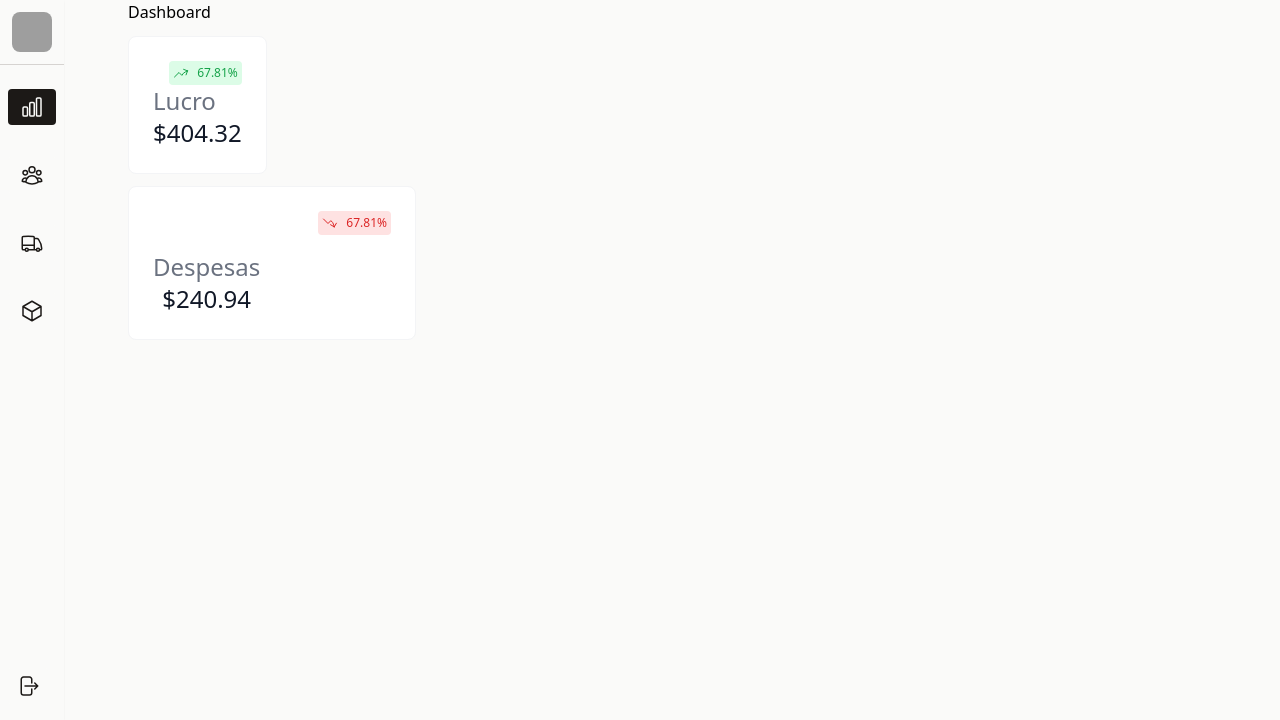
Repository: XavierOtavio/Cuzinhas
Page: /dashboard
An editor plug-in stored every save of this project. The page is shown before and after the next save, followed by the edit.
The browser window is 1280 px wide. The pictures show the whole page.
Pictures or frames that could not be fetched are drawn as grey boxes. The project was rebuilt for these pictures with package versions that can differ from the ones it lists, and the page was loaded fresh each time. Also part of the build but not shown: src/components/Orders.js, src/components/Employees.js, src/components/Login.js, src/components/Register.js, src/components/Home.js, src/components/Logotipo.js, src/components/Header.js, src/components/Footer.js and 1 more.

Above is the page before, as saved 2023-03-08 18:26:58.

### src/App.js
import { Route, Routes } from "react-router-dom";
import LayoutBackend from "./components/LayoutBackend";
import Dashboard from "./components/Dashboard";
import Orders from "./components/Orders";
import Employees from "./components/Employees";
import Login from "./components/Login";
import Register from "./components/Register";
import Home from "./components/Home";
import LayoutFront from "./components/LayoutFront";

function App() {
  return (
    <div className="App">
      <Routes>
        <Route path="/dashboard" element={<LayoutBackend />}>
          <Route path="" element={<Dashboard />} />
          <Route path="orders" element={<Orders />} />
          <Route path="employees" element={<Employees />} />
        </Route>
        <Route path="" element={<LayoutFront />}>
          <Route path="/" element={<Home />} />
        </Route>
        <Route path="/login" element={<Login />} />
        <Route path="/register" element={<Register />} />
      </Routes>
    </div>
  );
}

export default App;

### src/components/LayoutBackend.js
import React from "react";
import SideBar from "./SideBar";
import { Outlet } from "react-router-dom";

export default function LayoutBackend() {
  return (
    <>
      <div className="absolute h-screen w-screen">
        <SideBar />
        <div className="relative flex h-full items-center justify-center bg-stone-50">
          <Outlet />
        </div>
      </div>
    </>
  );
}

### src/components/Dashboard.js
import React from "react";
import {
  ArrowTrendingUpIcon,
  ArrowTrendingDownIcon,
} from "@heroicons/react/24/outline";

export default function Dashboard() {
  return (
    <div className="absolute top-0 left-0 right-0 ml-32">
      <h2 classname="w-full">Dashboard</h2>
      <div classname="grid grid-cols-12 grid-rows-2">
        <div classname="row-start-1 row-end-2 col-start-1 col-end-5 bg-red-600">
          <button class="flex flex-col rounded-lg border border-gray-100 bg-white p-6 my-3">
            <div class="inline-flex gap-2 self-end rounded bg-green-100 p-1 text-green-600">
              <ArrowTrendingUpIcon className="h-4 w-4" />
              <span class="text-xs font-medium"> 67.81% </span>
            </div>
            <div>
              <h1 class="block text-left text-2xl font-medium text-gray-500">
                Lucro
              </h1>
              <p>
                <span class="text-2xl font-medium text-gray-900">
                  {" "}
                  $404.32{" "}
                </span>
              </p>
            </div>
          </button>
        </div>

        <button class="flex flex-col gap-4 rounded-lg border border-gray-100 bg-white p-6 w-3/12 my-3">
          <div class="inline-flex gap-2 self-end rounded bg-red-100 p-1 text-red-600">
            <ArrowTrendingDownIcon className="h-4 w-4" />

            <span class="text-xs font-medium"> 67.81% </span>
          </div>

          <div>
            <strong class="block text-left text-2xl font-medium text-gray-500">
              Despesas
            </strong>

            <p>
              <span class="text-2xl font-medium text-gray-900"> $240.94 </span>
            </p>
          </div>
        </button>
      </div>
    </div>
  );
}

### src/components/SideBar.js
import React from "react";
import { Link, useLocation } from "react-router-dom";
import {
  ArrowRightOnRectangleIcon,
  ChartBarIcon,
  CubeIcon,
  TruckIcon,
  UserGroupIcon,
} from "@heroicons/react/24/outline";

export default function SideBar() {
  const location = useLocation();
  return (
    <div className="absolute inset-y-0 left-0 z-10 w-16 shadow-sm bg-stone-50">
      <div>
        <div className="inline-flex h-16 w-16 items-center justify-center">
          <Link
            to="/profile"
            className="group relative flex justify-center rounded"
          >
            <img
              alt="user"
              className="rounded-lg h-10 w-10"
              src="https://cdn.discordapp.com/attachments/1082425024104894666/1082799435727253584/xSVMV6xD9Cf7K56wjeEF--1--2htnr.jpg"
            />
            <span className="absolute left-full text-left whitespace-nowrap top-1/2 ml-4 -translate-y-1/2 rounded bg-stone-900 px-2 py-1.5 text-xs font-medium text-stone-50 opacity-0 group-hover:opacity-100">
              Perfil <p className="font-light">Xavier Otávio</p>
            </span>
          </Link>
        </div>
        <div className="border-t border-stone-300">
          <nav aria-label="Main" className="flex flex-col p-2">
            <div className="py-4">
              <Link
                to="/dashboard"
                className={`group relative flex  justify-center rounded  px-2 py-1.5  ${
                  location.pathname === "/dashboard"
                    ? "bg-stone-900 text-stone-50"
                    : "bg-stone-50 text-stone-900"
                }`}
              >
                <ChartBarIcon className="h-6 w-6" />
                <span className="absolute left-full top-1/2 ml-4 -translate-y-1/2 rounded bg-stone-900 px-2 py-1.5 text-xs font-medium text-stone-50 opacity-0 group-hover:opacity-100">
                  Dashboard
                </span>
              </Link>
            </div>
            <div className="py-4">
              <Link
                to="/dashboard/employees"
                className={`group relative flex  justify-center rounded  px-2 py-1.5  ${
                  location.pathname === "/dashboard/employees"
                    ? "bg-stone-900 text-stone-50"
                    : "bg-stone-50 text-stone-900"
                }`}
              >
                <UserGroupIcon className="h-6 w-6" />
                <span className="absolute left-full top-1/2 ml-4 -translate-y-1/2 rounded bg-stone-900 px-2 py-1.5 text-xs font-medium text-stone-50 opacity-0 group-hover:opacity-100">
                  Empregados
                </span>
              </Link>
            </div>
            <div className="py-4">
              <Link
                to="/dashboard/orders"
                className={`group relative flex  justify-center rounded  px-2 py-1.5  ${
                  location.pathname === "/dashboard/orders"
                    ? "bg-stone-900 text-stone-50"
                    : "bg-stone-50 text-stone-900"
                }`}
              >
                <TruckIcon className="h-6 w-6" />
                <span className="absolute left-full top-1/2 ml-4 -translate-y-1/2 rounded bg-stone-900 px-2 py-1.5 text-xs font-medium text-stone-50 opacity-0 group-hover:opacity-100">
                  Encomendas
                </span>
              </Link>
            </div>
            <div className="py-4">
              <Link
                to="/dashboard/stock"
                className={`group relative flex  justify-center rounded  px-2 py-1.5  ${
                  location.pathname === "/dashboard/stock"
                    ? "bg-stone-900 text-stone-50"
                    : "bg-stone-50 text-stone-900"
                }`}
              >
                <CubeIcon className="h-6 w-6" />
                <span className="absolute left-full top-1/2 ml-4 -translate-y-1/2 rounded bg-stone-900 px-2 py-1.5 text-xs font-medium text-stone-50 opacity-0 group-hover:opacity-100">
                  Matérias-primas
                </span>
              </Link>
            </div>
            <div className="py-4 bottom-0 absolute">
              <Link
                to="/"
                className="group relative flex  justify-center rounded bg-stone-50 px-2 py-1.5 text-stone-900"
              >
                <ArrowRightOnRectangleIcon className="h-6 w-6" />
                <span className="absolute left-full top-1/2 ml-4 -translate-y-1/2 rounded bg-stone-900 px-2 py-1.5 text-xs font-medium text-stone-50 opacity-0 group-hover:opacity-100">
                  Sair
                </span>
              </Link>
            </div>
          </nav>
        </div>
      </div>
    </div>
  );
}

Loaded but not shown: public/index.html (common file); src/index.js (common file); src/index.css (common file); src/reportWebVitals.js (common file); tailwind.config.js (common file)

After the next save:
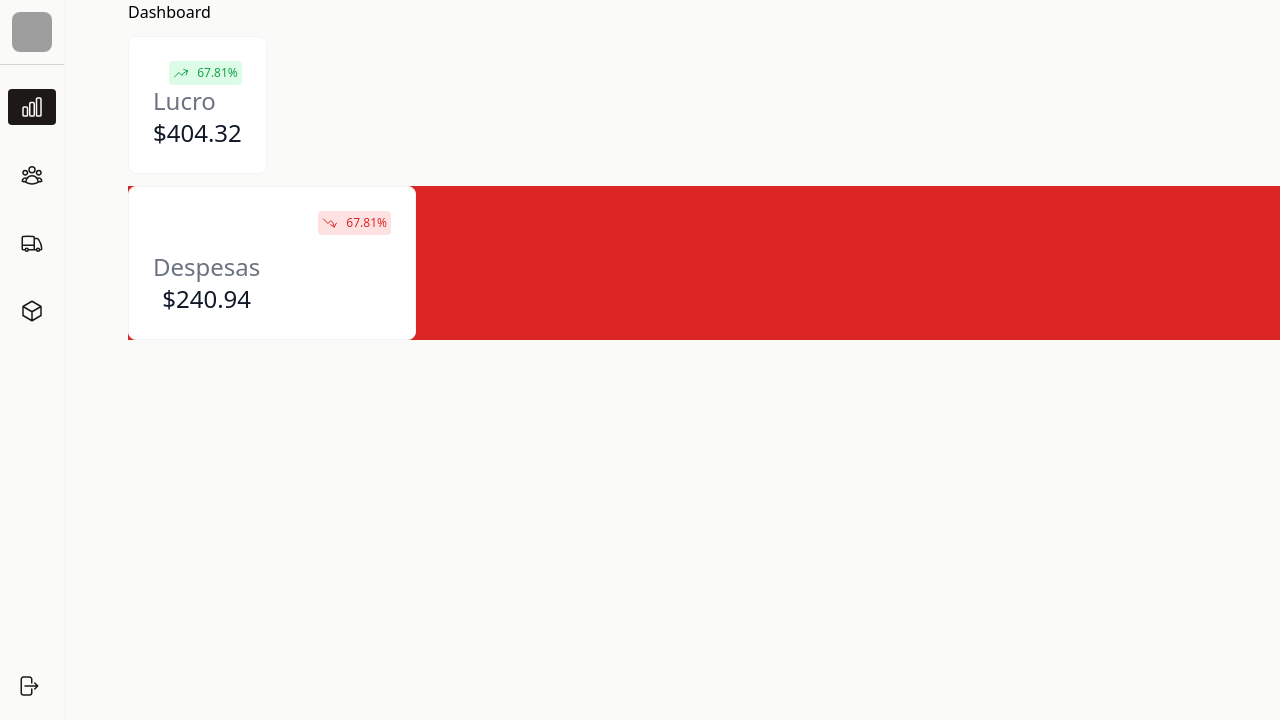
Saved 43 s later.
--- a/src/components/Dashboard.js
+++ b/src/components/Dashboard.js
@@ -28,24 +28,28 @@ export default function Dashboard() {
             </div>
           </button>
         </div>
+        <div className="row-start-2 row-end-3 col-start-6 col-end-9 bg-red-600">
+          <button class="flex flex-col gap-4 rounded-lg border border-gray-100 bg-white p-6 w-3/12 my-3">
+            <div class="inline-flex gap-2 self-end rounded bg-red-100 p-1 text-red-600">
+              <ArrowTrendingDownIcon className="h-4 w-4" />
 
-        <button class="flex flex-col gap-4 rounded-lg border border-gray-100 bg-white p-6 w-3/12 my-3">
-          <div class="inline-flex gap-2 self-end rounded bg-red-100 p-1 text-red-600">
-            <ArrowTrendingDownIcon className="h-4 w-4" />
+              <span class="text-xs font-medium"> 67.81% </span>
+            </div>
 
-            <span class="text-xs font-medium"> 67.81% </span>
-          </div>
+            <div>
+              <strong class="block text-left text-2xl font-medium text-gray-500">
+                Despesas
+              </strong>
 
-          <div>
-            <strong class="block text-left text-2xl font-medium text-gray-500">
-              Despesas
-            </strong>
-
-            <p>
-              <span class="text-2xl font-medium text-gray-900"> $240.94 </span>
-            </p>
-          </div>
-        </button>
+              <p>
+                <span class="text-2xl font-medium text-gray-900">
+                  {" "}
+                  $240.94{" "}
+                </span>
+              </p>
+            </div>
+          </button>
+        </div>
       </div>
     </div>
   );
